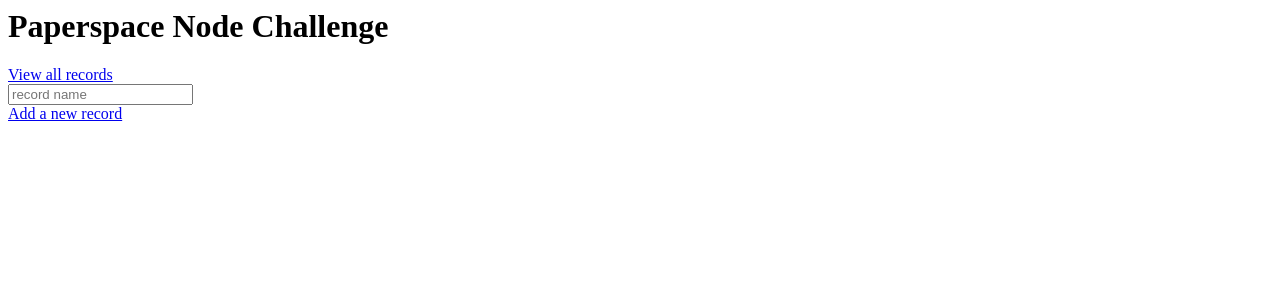
Repository: demesvardestin/paperspace-node
Page: public/index.html
The author's editor kept a record of every edit. The page is drawn from the files as they stood at one moment, then again after the next edit.
The browser window is 1280 px wide. The pictures show the whole page.

Above is the page before.

### public/index.html
<h1>Paperspace Node Challenge</h1>

<a type="button" href="/addresses">
    View all records
</a>

<form action="/addresses" method="post">
    <div class="field">
        <input type="text" class="form-control" name="name" placeholder="record name">
    </div>

    <div class="field">

    </div>

    <div class="actions">
        <a type="button" href="/addresses">
            Add a new record
        </a>
    </div>
</form>

After the next edit:
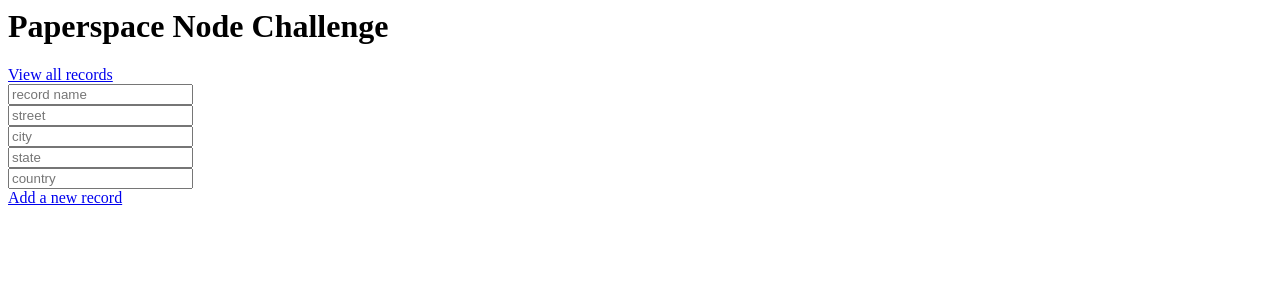
The edit:
--- a/public/index.html
+++ b/public/index.html
@@ -10,7 +10,19 @@
     </div>
 
     <div class="field">
+        <input type="text" class="form-control" name="street" placeholder="street">
+    </div>
 
+    <div class="field">
+        <input type="text" class="form-control" name="city" placeholder="city">
+    </div>
+
+    <div class="field">
+        <input type="text" class="form-control" name="state" placeholder="state">
+    </div>
+
+    <div class="field">
+        <input type="text" class="form-control" name="country" placeholder="country">
     </div>
 
     <div class="actions">
